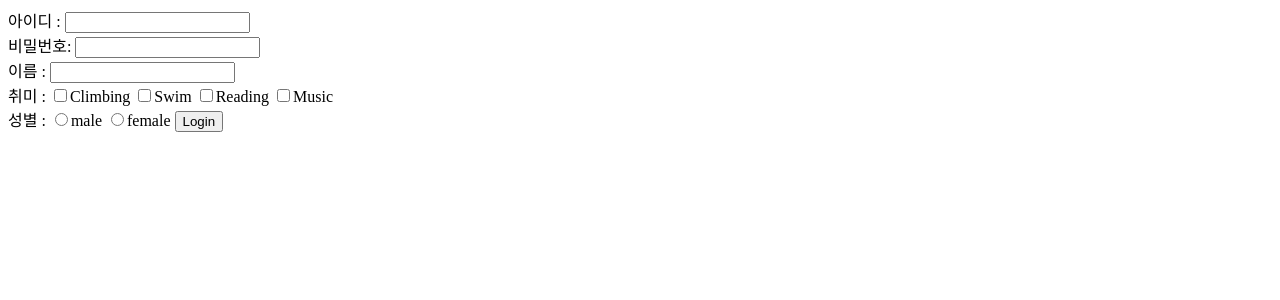
Repository: alsals126/servlet_study_2021
Page: http://localhost/ServletPrj/login_form.jsp
The author's editor kept a copy of each file at every save. The page is drawn from the files as they stood at one save, then again after the next save.
The browser window is 1280 px wide. The pictures show the whole page.
The page is served by Tomcat 9.

Above is the page before, as saved 2021-05-11 00:52:53.

After the next save:
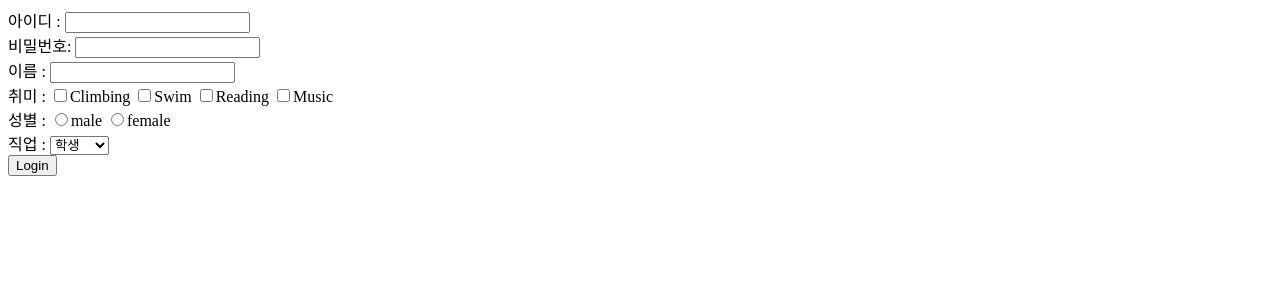
Saved 94 s later.
--- a/ServletPrj/WebContent/login_form.jsp
+++ b/ServletPrj/WebContent/login_form.jsp
@@ -18,6 +18,13 @@
 		      <br>
 		성별 : <input type="radio" name="gender" value="male">male
 		      <input type="radio" name="gender" value="female">female
+		      <br>
+		직업 : <select name="job">
+    			<option value="학생">학생</option>
+    			<option value="공무원">공무원</option>
+    			<option value="무직">무직</option>
+			  </select><br>
+
 		<button type="submit">Login</button>
 	</form>
 </body>
